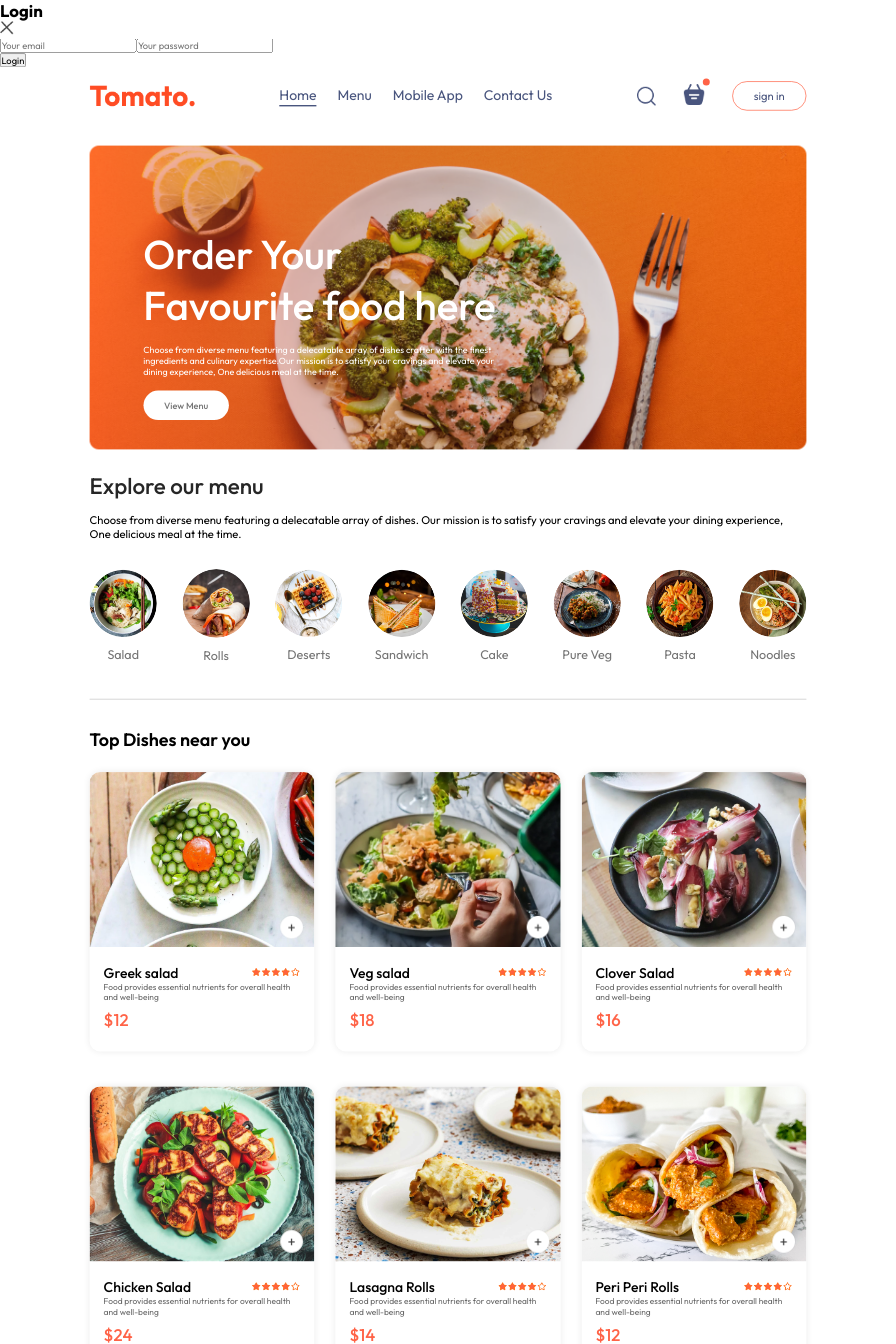
Repository: esakkiraj8104/FOOD_ORDER1
Page: /, after clicking the first element matching `button`
An editor plug-in stored every save of this project. The page is shown before and after a run of saves, followed by the edit.
The browser window is 1280 px wide. The pictures show the part of the page from y = 0 to 1920 px (the page is 6809 px tall before and 6829 px after), at 70% of full size.
The project was rebuilt for these pictures with package versions that can differ from the ones it lists, and the page was loaded fresh each time. Also part of the build but not shown: vite.config.js, src/pages/Cart/Cart.css, src/pages/Cart/Cart.jsx, src/components/LoginPopup/LoginPopup.css. Imported but missing from the stored project, and not drawn on this page: src/pages/PlaceOrder/PlaceOrder.

Above is the page before, as saved 2025-05-17 14:12:13.

### index.html
<!doctype html>
<html lang="en">
  <head>
    <meta charset="UTF-8" />
    <link rel="icon" type="image/svg+xml" href="/vite.svg" />
    <meta name="viewport" content="width=device-width, initial-scale=1.0" />
    <title>Tomoto food Web</title>
  </head>
  <body>
    <div id="root"></div>
    <script type="module" src="/src/main.jsx"></script>
  </body>
</html>

### src/main.jsx
import React from 'react'
import ReactDOM from 'react-dom/client'
import './index.css'
import App from './App.jsx'
import {BrowserRouter} from 'react-router-dom'
import StoreContextProvider from './Context/StoreContext.jsx'

ReactDOM.createRoot(document.getElementById('root')).render(
  <BrowserRouter>
    <StoreContextProvider>
      <App />
    </StoreContextProvider>

  </BrowserRouter>

)

### src/index.css
@import url('https://fonts.googleapis.com/css2?family=Outfit:wght@100..900&display=swap');

*{
  padding: 0;
  margin: 0;
  box-sizing: border-box;
  font-family: outfit;
  scroll-behavior: smooth;
}
body{
  min-height: 100vh;
}
a{
  text-decoration :none;
  color: inherit;
}
.app{
  width: 80%;
  margin: auto;
}

@keyframes fadeIn {
  0%{
    opacity: 0;
  }
  100%{
    opacity: 1;
  }
}

### src/App.jsx
import React,{ useState } from 'react'
import { Route, Routes } from 'react-router-dom'
import Home from './pages/Home/Home'
import Cart from './pages/Cart/Cart'
import PlaceOrder from './pages/PlaceOrder/PlaceOrder'
import Navbar from './components/Navbar/Navbar/Navbar'
import Footer from './components/Navbar/Footer/Footer'
import LoginPopup from './components/LoginPopup/LoginPopup'

const App = () => {

  const[showLogin,setShowLogin]= useState(false)
  return (

    <>
    {showLogin?<LoginPopup setShowLogin={setShowLogin}/>:<></>}
      <div className='app'>
        <Navbar setShowLogin={setShowLogin}/>
        <Routes >
          <Route path='/' element={<Home />} />
          <Route path='/cart' element={<Cart />} />
          <Route path='/order' element={<PlaceOrder />} />
        </Routes>
      </div>
      <Footer />

    </>


  )
}

export default App

### src/Context/StoreContext.jsx
import { createContext, useEffect, useState } from "react";
import { food_list } from "../assets/assets";

export const StoreContext = createContext(null)

const StoreContextProvider = (props) => {

    const [cartItems,setCartItems]= useState({});

    const addToCart = (itemId) => {
        if (!cartItems[itemId]) {
            setCartItems((prev)=>({...prev,[itemId]:1}))
        }
        else{
            setCartItems((prev)=>({...prev,[itemId]:prev[itemId]+1}))
        }
    }

    const removeFromCart = (itemId) =>{
        setCartItems((prev)=>({...prev,[itemId]:prev[itemId]-1}))
    }

    useEffect(()=>{
        console.log(cartItems);
    },[cartItems])

    const contextValue = {
        food_list,
        cartItems,
        setCartItems,
        addToCart,
        removeFromCart

    }
    return (
        <StoreContext.Provider value={contextValue}>
            {props.children}
        </StoreContext.Provider>
    )
}

export default StoreContextProvider;

### src/pages/Home/Home.jsx
import React, { useState } from 'react'
import './Home.css'
import Header from '../../components/Navbar/Header/Header'
import ExploreMenu from '../../components/Navbar/ExploreMenu/ExploreMenu'
import FoodDisplay from '../../components/Navbar/FoodDisplay/FoodDisplay'
import AppDownload from '../../components/Navbar/AppDownload/AppDownload'

const Home = () => {

    const [category,setCategory]=useState("All");



  return (
    <div>
      <Header/>
      <ExploreMenu category={category} setCategory={setCategory}/>
      <FoodDisplay category={category}/>
      <AppDownload/>
    </div>
  )
}

export default Home

### src/components/Navbar/Navbar/Navbar.jsx
import React, { useState } from 'react'
import './Navbar.css'
import { assets } from '../../../assets/assets'
import { Link } from 'react-router-dom';
const Navbar = ({setShowLogin}) => {

    const [menu,setMenu] = useState("home");
  return (
    <div className='navbar'>
        <img src={assets.logo} alt="" className="logo" />
        <ul className="navbar-menu">
        <Link to='/'className={menu === "home" ? "active" : ""} onClick={() => setMenu("home")}>Home</Link>
        <a href='#explore-menu' className={menu === "menu" ? "active" : ""} onClick={() => setMenu("menu")}>Menu</a>
        <a href='#app-download'className={menu === "mobile-app" ? "active" : ""} onClick={() => setMenu("mobile-app")}>Mobile App</a>
        <a href='#footer'className={menu === "contact us" ? "active" : ""} onClick={() => setMenu("contact us")}>Contact Us</a>
        </ul>
        <div className="navbar-right">
            <img src={assets.search_icon} alt="" />
            <div className="navbar-search-icon">
                <img src={assets.basket_icon} alt="" />
                <div className="dot"></div>
            </div>
            <button onClick={()=>setShowLogin(true)}>sign in</button>
        </div>
    </div>
  )
}

export default Navbar

### src/components/Navbar/Footer/Footer.jsx
import React from 'react'
import './Footer.css'
import { assets } from '../../../assets/assets'

const Footer = () => {
  return (

    <div className='footer' id='footer'>
      <div className="footer-content">
        <div className="footer-content-left">
          <img src={assets.logo} alt="" />
          <p>Craving something delicious? We bring your favorite meals from top restaurants straight to your door, hot and fresh.
            With fast delivery, secure payments, and  24/7 support, ordering food has never been easier.
            Tomato.com - Serving happiness, one order at a time.</p>
          <div className="footer-social-icons">
            <img src={assets.facebook_icon} alt="" />
            <img src={assets.twitter_icon} alt="" />
            <img src={assets.linkedin_icon} alt="" />
          </div>
        </div>
        <div className="footer-content-center">
          <h2>COMPANY</h2>
          <ul>
            <li>Home</li>
            <li>About us</li>
            <li>Delivery</li>
            <li>Privacy Policy</li>
          </ul>
        </div>
        <div className="footer-content-right">
          <h2>GET IN TOUCH</h2>
          <ul>
            <li>+91-8765434534</li>
            <li>contact@tomato.com</li>
          </ul>
        </div>
      </div>
      <hr />
      <p className="footer-copyright">© 2025 Tomato.com – All Rights Reserved.</p>
    </div>
  )
}

export default Footer

### src/components/LoginPopup/LoginPopup.jsx
import React, { useState } from 'react'
import './LoginPopup.css'
import { assets } from '../../assets/assets'

const LoginPopup = ({setShowLogin}) => {

    const[currState,setCurrState]= useState("Login")

  return (
    <div className='LoginPopup'>
      <form action="" className="login-popup-container">
        <div className="login-popup-title">
          <h2>{currState}</h2>
          <img onClick={()=>setShowLogin(false)} src={assets.cross_icon} alt="" />
        </div>
        <div className="login-popup-inputs">
          {currState==="Login"?<></>:<input type="text" placeholder='Your name'required />}
          <input type="email" placeholder='Your email'required />
          <input type="password" placeholder='Your password'required />
        </div>
        <button>{currState==="Sign Up"?"Create account":"Login"}</button>
        <div className="login-popup-condition">

        </div>
      </form>
    </div>
  )
}

export default LoginPopup

### src/components/Navbar/Header/Header.jsx
import React from 'react'
import './Haeder.css'

const Header = () => {
  return (
    <div className='header'>
       <div className="header-contents">
        <h2>Order Your Favourite food here</h2>
        <p>Choose from diverse menu featuring a delecatable array of dishes crafter with the finest ingredients and culinary expertise.Our mission is to satisfy your cravings and elevate your dining experience, One delicious meal at the time. </p>
        <button>View Menu</button>
       </div>
    </div>

  )
}

export default Header

### src/components/Navbar/ExploreMenu/ExploreMenu.jsx
import React from 'react'
import './ExploreMenu.css'
import { menu_list } from '../../../assets/assets'
const ExploreMenu = ({category,setCategory}) => {
  return (
    <div className='explore-menu' id='explore-menu'>
        <h1>Explore our menu</h1>
        <p>Choose from diverse menu featuring a delecatable array of dishes. Our mission is to satisfy your cravings and elevate your dining experience, One delicious meal at the time. </p>
        <div className="explore-menu-list">
            {menu_list.map((item,index)=>{
                return (
                    <div onClick={()=>setCategory(prev=>prev===item.menu_name?"All":item.menu_name)} key={index} className='explore-menu-list-item'>
                        <img className={category===item.menu_name?"active":""} src={item.menu_image} alt="" />
                        <p>{item.menu_name}</p>
                    </div>
                )
            })}
        </div>
        <hr/>
    </div>
  )
}

export default ExploreMenu

### src/components/Navbar/FoodDisplay/FoodDisplay.jsx
import React, { useContext } from 'react'
import './FoodDisplay.css'
import { StoreContext } from '../../../Context/StoreContext'
import FoodItem from '../FoodItem/FoodItem'

const FoodDisplay = ({ category }) => {

  const { food_list } = useContext(StoreContext)

  return (
    <div className='food-display' id='food-display'>
      <h2>Top Dishes near you</h2>
      <div className="food-display-list">
        {food_list.map((item, index) => {
          if (category === "All" || category === item.category) {


            return <FoodItem key={index} id={item._id} name={item.name} description={item.description} price={item.price} image={item.image} />
          }
        })}
      </div>
    </div>
  )
}

export default FoodDisplay

### src/components/Navbar/AppDownload/AppDownload.jsx
import React from 'react'
import './AppDownload.css'
import { assets } from '../../../assets/assets'

const AppDownload = () => {
  return (
    <div className='app-download'id='app-download'>
      <p>For Better Experience Download <br /> Tomato App</p>
      <div className="app-download-platforms">
        <img src={assets.play_store} alt="" />
        <img src={assets.app_store} alt="" />

      </div>

    </div>
  )
}

export default AppDownload

### src/components/Navbar/Navbar/Navbar.css
.navbar{
    padding: 20px 0px;
    display: flex;
    justify-content: space-between;
    align-items: center;
}

.navbar .logo{
    width: 150px;
}

.navbar-menu{
    display: flex;
    list-style: none;
    gap: 30px;
    color: #49557e;
    font-size: 20px;
}

.navbar-right{
    display: flex;
    align-items: center;
    gap: 40px;
}

.navbar button{
    background: transparent;
    font-size: 16px;
    color: #49557e;
    border: 1px solid tomato;
    padding: 10px 30px;
    border-radius: 50px;
    cursor: pointer;
    transition: 0.3;
}

.navbar button:hover{
    background-color: #fff4f2;
}

.navbar .active{
    padding-bottom: 2px;
    border-bottom: 2px solid #49557e;
}

.navbar li{
    cursor: pointer;
}

.navbar-search-icon{
    position:relative;
}

.navbar-search-icon .dot{
    position: absolute;
    min-width: 10px;
    min-height: 10px;
    background-color: tomato;
    border-radius: 5px;
    top: -8px;
    right: -8px;
}
@media(max-width:1050px) {
    .navbar .logo{
        width: 140px;
    }
    .navbar-menu{
        gap: 20px;
        font-size: 17px;
    }
    .navbar-right{
        gap: 30px;
    }
    .navbar-right img{
        width: 22px;
    }
    .navbar-right button{
        padding: 8px 25px;
    }
}
@media(max-width:900px) {
    .navbar .logo{
        width: 120px;
    }
    .navbar-menu{
        gap: 15px;
        font-size: 16px;
    }
    .navbar-right{
        gap: 20px;
    }
    .navbar-right img{
        width: 20px;
    }
    .navbar-right button{
        padding: 7px 20px;
        font-size: 15px;
    }
}
@media(max-width:750px) {
    .navbar-menu{
        display: none;
    }
}

### src/components/Navbar/Footer/Footer.css
.footer{
    color: #d9d9d9;
    background: #323232;
    display: flex;
    flex-direction: column;
    align-items: center;
    gap: 20px;
    padding: 20px 8vw;
    padding-top: 80px;
    margin-top: 100px;

}

.footer-content{
    width: 100%;
    display: grid;
    grid-template-columns: 2fr 1fr 1fr;
    gap: 80px;
}
.footer-content-left, .footer-content-right, .footer-content-center{
    display: flex;
    flex-direction: column;
    align-items: start;
    gap: 20px;
}
.footer-content-left li, .footer-content-right li, .footer-content-center li{
    list-style: none;
    margin-bottom: 10px;
    cursor: pointer;
}
.footer-content-right h2, .footer-content-center h2 {
    color: white;
}
.footer-social-icons img{
    width: 40px;
    margin-right: 15px;
}
.footer hr{
    width: 100%;
    height: 2px;
    margin: 20px 0;
    background-color: grey;
    border: none;
}
@media (max-width:750px) {
    .footer-content{
        display: flex;
        flex-direction: column;
        gap: 35px;
    }
    .footer-copyright{
        text-align: center;
    }
}

### src/components/Navbar/Header/Haeder.css
.header{
    height: 34vw;
    margin: 30px auto;
    background: url('/header_img.png') no-repeat;
    background-size:  contain;
    position: relative;
}

.header-contents{
    position: absolute;
    display: flex;
    flex-direction: column;
    align-items: start;
    gap: 1.5vw;
    max-width: 50%;
    bottom: 10%;
    left: 6vw ;
    animation: fadeIn 3s;
}
.header-contents h2{
    font-weight: 500;
    color: white;
    font-size: max(4.5vw,22px);
}
.header-contents p{
    color: white;
    font-size: 1vw;
}
.header-contents button{
    border: none;
    color: #747474;
    font-weight: 500;
    padding: 1vw 2.3vw;
    background-color: white;
    font-size: max(1vw,13px);
    border-radius: 50px;
    cursor: pointer;
}
.header-contents button:hover{
    background-color: #fff4f2;
}
@media (max-width:1050px) {
    .header-contents{
        max-width: 45%;
    }
}
@media (max-width:750px) {
    .header-contents{
        max-width: 65%;
    }
    .header-contents p{
        display: none;
    }
    .header-contents button{
        padding: 2vw 4vw;
    }
}

### src/components/Navbar/ExploreMenu/ExploreMenu.css
.explore-menu{
    display:flex;
    flex-direction: column;
    gap: 20px;
}
.explore-menu h1{
    color: #262626;
    font-weight: 500 ;
}
.explore-menu-text{
    max-width: 60%;
    columns: #808080;
}
.explore-menu-list{
    display: flex;
    justify-content: space-between;
    align-items: center;
    gap: 30px;
    text-align: center;
    margin: 20px 0px;
    overflow-x: scroll;
}
.explore-menu-list::-webkit-scrollbar{
    display: none;
}
.explore-menu-list-item img{
    width: 7.5vw;
    min-width: 80px;
    cursor: pointer;
    border-radius: 50%;
    transition: 0.2s;
}
.explore-menu-list-item p{
    margin-top: 10px;
    color: #747474;
    font-size: max(1.4vw,16px);
    cursor: pointer;
}
.explore-menu hr{
    margin: 10px 0px;
    height: 2px;
    background-color: #e2e2e2;;
    border:none;
}
.explore-menu-list-item .active{
    border: 4px solid tomato;
    padding: 2px;
}
@media (max-width:1050px) {
    .explore-menu-text{
        max-width: 100%;
        font-size: 14px;
    }
}

### src/components/Navbar/FoodItem/FoodItem.jsx
import React, { useContext } from 'react'
import './FoodItem.css'
import { assets } from '../../../assets/assets'
import { StoreContext } from '../../../Context/StoreContext'
const FoodItem = ({id,name,price,description,image}) => {


    const {cartItems,addToCart,removeFromCart} = useContext(StoreContext);

  return (
    <div className='food-item'>
        <div className="food-item-img-container">
            <img className='food-item-image' src={image} alt="" />
            {!cartItems[id]
                ?<img className='add' onClick={()=>addToCart(id)} src={assets.add_icon_white} alt=""/>
                :<div className='food-item-counter'>
                  <img onClick={()=>removeFromCart(id)} src={assets.remove_icon_red} alt="" />
                  <p>{cartItems[id]}</p>
                  <img onClick={()=>addToCart(id)}  src={assets.add_icon_green} alt="" />
                </div>
            }
        </div>
        <div className="food-item-info">
            <div className="food-item-name-rating">
                <p>{name}</p>
                <img src={assets.rating_starts} alt="" />
            </div>
            <p className="food-item-desc">{description}</p>
            <p className="food-item-price">${price}</p>
        </div>

    </div>
  )
}

export default FoodItem

### src/components/Navbar/AppDownload/AppDownload.css
.app-download{
    margin: auto auto;
    margin-top: 100px;
    font-size: max(3vw,20px);
    text-align: center;
    font-weight: 500;
}
.app-download-platforms{
    display: flex;
    justify-content: center;
    gap: max(2vw,10px);
    margin-top: 40px;
}
.app-download-platforms img{
    width: max(30vw,120px);
    max-width: 180px;
    transition: 0.5s;
    cursor:pointer;
}
.app-download-platforms img:hover{
    transform: scale(1.1);
}

### src/components/Navbar/FoodItem/FoodItem.css
.food-item{
    width: 100%;
    margin: auto;
    border-radius: 15px;
    box-shadow: 0px 0px 10px #00000015;
    transition: 0.3s;
    animation: fadeIn 1s;
}
.food-item-image{
    width: 100%;
    border-radius: 15px 15px 0px 0px;

}
.food-item-info{
    padding: 20px;
}
.food-item-name-rating{
    display: flex;
    justify-content: space-between;
    align-items: center;
    margin-bottom: 100;
}
.food-item-name-rating p{
    font-size: 20px;
    font-weight: 500;
}
.food-item-name-rating img{
    width: 70px;
}
.food-item-desc{
    color: #676767;
    font-size: 12px;
}
.food-item-price{
    color: tomato;
    font-size: 24px;
    font-weight: 500;
    margin: 10px 0px;
}
.food-item-img-container{
    position: relative;
}
.food-item-img-container .add{
    width: 35px;
    position: absolute;
    bottom: 15px;
    right: 15px;
    cursor: pointer;
    border-radius: 50%;
}
.food-item-counter{
    position: absolute;
    bottom: 15px;
    right:15px;
    display: flex;
    align-items: center;
    gap: 10px;
    padding: 6px;
    border-radius: 50px;
    background-color: white;
}
.food-item-counter img{
    width: 30px;
}

Loaded but not shown: src/components/Navbar/FoodDisplay/FoodDisplay.css (common file); src/assets/assets.js (350 lines, source omitted); src/pages/Home/Home.css (no stored copy; drawn as an empty file)

After the next 7 saves:
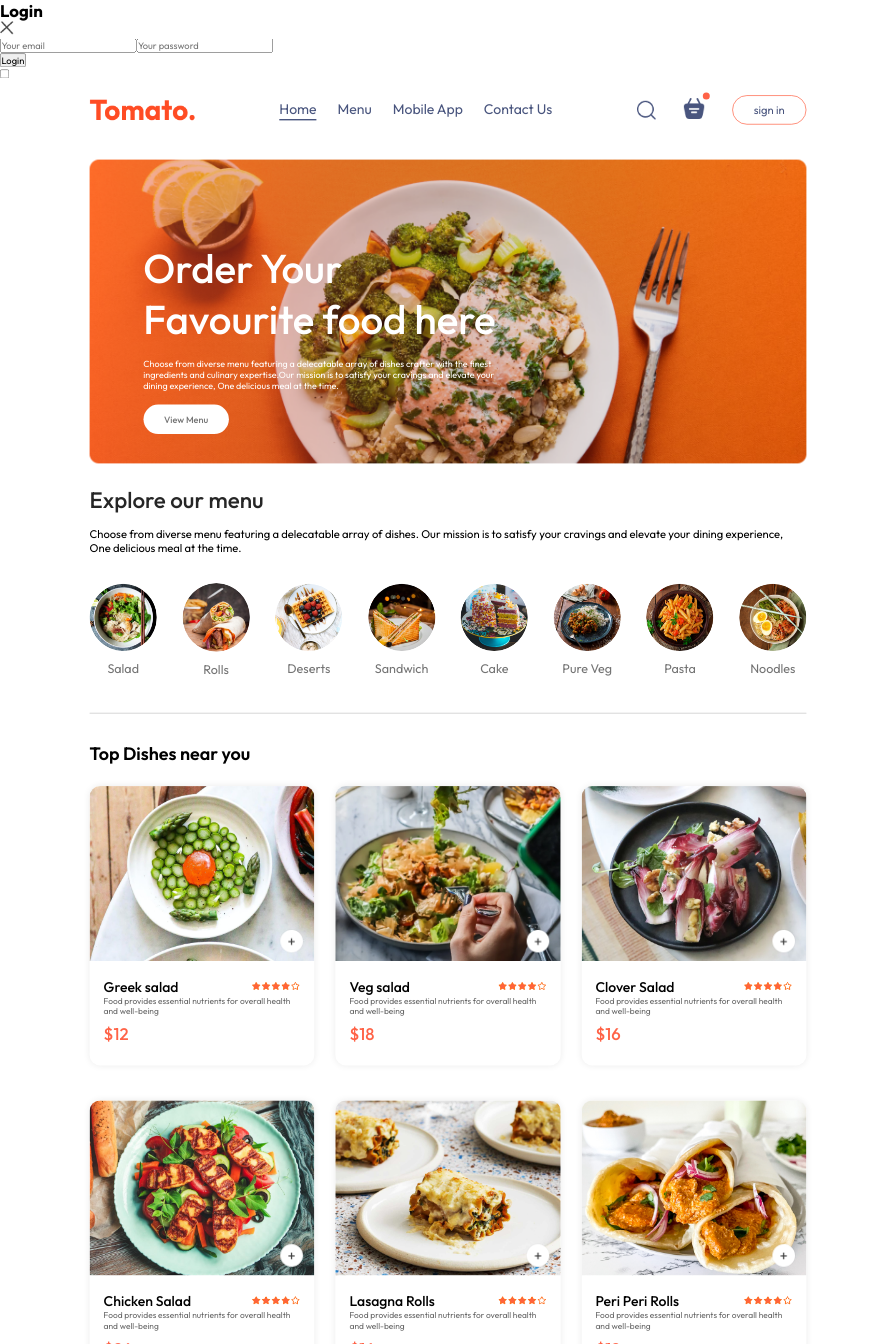
The 7 saves are shown as one change because 2 did not build or start and some came seconds apart.
The last was saved 27 s later.
--- a/src/components/LoginPopup/LoginPopup.jsx
+++ b/src/components/LoginPopup/LoginPopup.jsx
@@ -20,7 +20,7 @@ const LoginPopup = ({setShowLogin}) => {
         </div>
         <button>{currState==="Sign Up"?"Create account":"Login"}</button>
         <div className="login-popup-condition">
-
+          <input type="checkbox" required/>
         </div>
       </form>
     </div>
